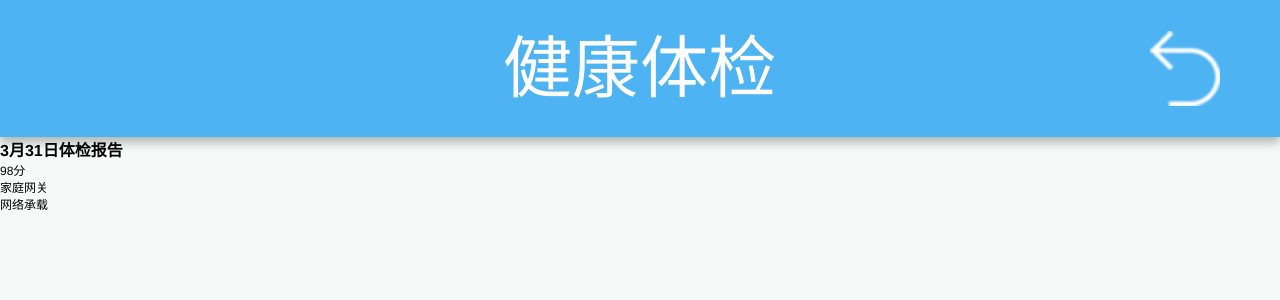
Repository: wangbiaozy/8.24
Page: index_health.html
An editor plug-in stored every save of this project. The page is shown before and after the next save, followed by the edit.
The browser window is 1280 px wide. The pictures show the whole page.

Above is the page before, as saved 2018-08-23 20:21:40.

After the next save:
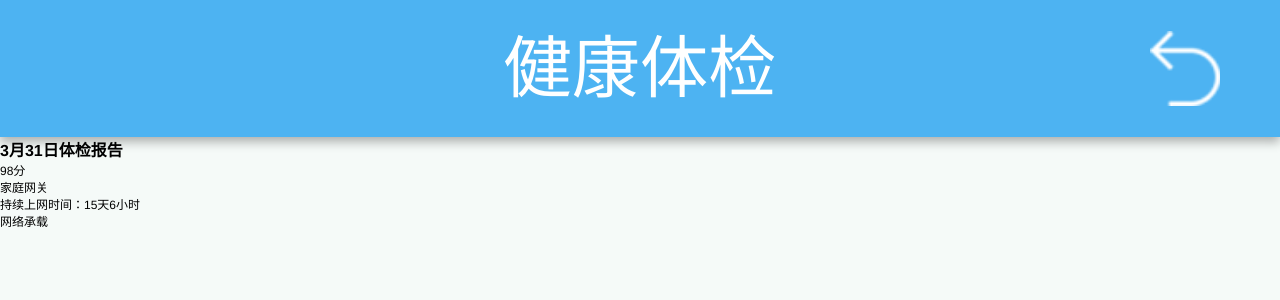
Saved 118 s later.
--- a/index_health.html
+++ b/index_health.html
@@ -27,6 +27,12 @@
             <span></span>
             <p>家庭网关</p>
         </div>
+        <ul>
+            <li>
+                <p>持续上网时间：<span>15天6小时</span></p>
+                <a href="javascript:void(0)"></a>
+            </li>
+        </ul>
         <div class="title">
             <span></span>
             <p>网络承载</p>
